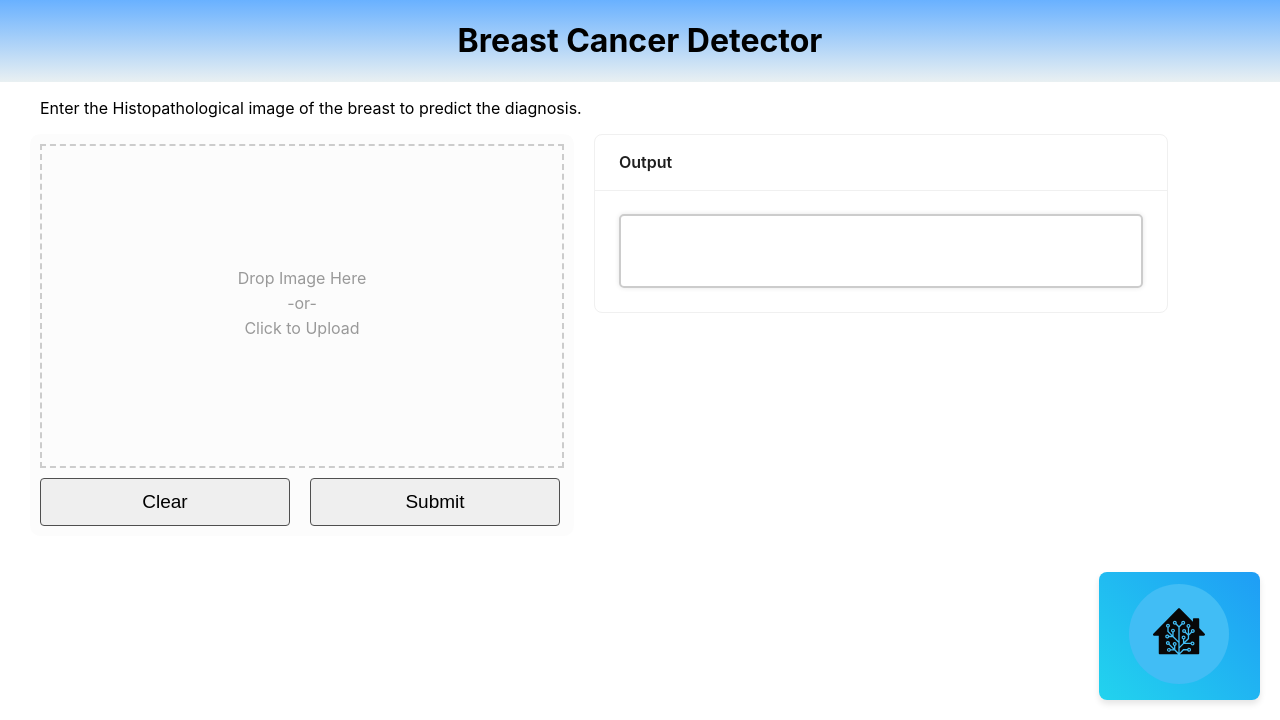
Repository: xshamrose/RAYi-AI
Page: /BreastCancerDetector-app (app in client/)
An editor plug-in stored every save of this project. The page is shown before and after the next save, followed by the edit.
The browser window is 1280 px wide. The pictures show the whole page.
The project was rebuilt for these pictures with package versions that can differ from the ones it lists, and the page was loaded fresh each time. Also part of the build but not shown: client/src/App.css, client/src/pages/Home.js, client/src/pages/home.css.

Above is the page before, as saved 2024-03-09 13:20:36.

### client/src/App.js
import "./App.css";
import React from "react";
import Candetect from "./pages/Candetect";
import Home from "./pages/Home";
import "./pages/home.css";
import { BrowserRouter as Router, Routes, Route } from "react-router-dom";

function App() {
  return (
    <div className="App">
      <Router>
        <Routes>
          <Route exact path="/" element={<Home />} />
          <Route path="/BreastCancerDetector-app" element={<Candetect />} />

          {/*  Future Use for Pipe Counting Detection
          <Route
            path="/Pipe"
            element={<Candetect title={headerTitle} content={content} />}
          /> */}
        </Routes>
      </Router>
    </div>
  );
}

export default App;

### client/src/pages/Candetect.js
import React, { useState } from "react";
import "../pages/Candetect.css";
import { Card } from "antd";
import deleteicon from "../assets/delete-.svg";
import ai from "../assets/ai_img.svg"
import axios from "axios";

function Candetect() {
  const [imageFile, setImageFile] = useState(null);
  const [errorMessage, setErrorMessage] = useState("");
  const [loading, setLoading] = useState(false);
  const [responseData, setResponseData] = useState("");

  const handleFileInputChange = (event) => {
    const file = event.target.files[0];
    if (file) {
      setImageFile(file);
    }
  };

  const handleClearImage = () => {
    setImageFile(null);
    //reset the file input
    const fileInput = document.getElementById("file-input");
    if (fileInput) {
      fileInput.value = "";
    }
    setErrorMessage("");
  };

  const handleDeleteImage = () => {
    setImageFile(null);
    //reset the file input
    const fileInput = document.getElementById("file-input");
    if (fileInput) {
      fileInput.value = "";
    }
  };

  const handleSubmit = () => {
    if (!imageFile) {
      setErrorMessage("Please upload an Image");
      console.log("Please upload an Image");
    } else {
      const formData = new FormData();
      formData.append("image", imageFile);
      setLoading(true);
      axios
        .post("http://ct.rayi.in:5002/predicttest", formData, {
          headers: {
            "Content-Type": "multipart/form-data",
          },
        })
        .then((response) => {
          setLoading(false);
          setResponseData(response.data);
          console.log(response.data);
        })
        .catch((error) => {
          if (error.response) {
            console.error("Error Response Data:", error.response.data);
            console.error("Error Response Status:", error.response.status);
          } else if (error.request) {
            console.error("No response received:", error.request);
          } else {
            console.error("Error:", error.message);
          }
          setErrorMessage("Failed to submit. Please try again.");
        });
    }
  };

  return (
    <div>
      <div
        style={{
          display: "flex",
          justifyContent: "center",
          alignContent: "center",
          flexWrap: "nowrap",
          alignItems: "center",
          backgroundImage: "linear-gradient(#69b1ff, #e9f0f2)",
          width: "100%",
        }}
      >
        <h1>Breast Cancer Detector</h1>
      </div>

      <p style={{ marginLeft: "40px" }}>
        Enter the Histopathological image of the breast to predict the
        diagnosis.
      </p>

      <div className="overallContainer">
        <div className="dragandbutton">
          <div className="image-upload-box">
            <input
              type="file"
              accept="image/*"
              id="file-input"
              className="file-input"
              onChange={handleFileInputChange}
            />
            {imageFile ? null : (
              <div>
                <label htmlFor="file-input" className="upload-label">
                  <span>Drop Image Here</span> <span>-or-</span>{" "}
                  <span>Click to Upload</span>{" "}
                </label>{" "}
                {errorMessage && (
                  <div className="error-message">{errorMessage}</div>
                )}{" "}
              </div>
            )}

            {imageFile && (
              <div className="image-preview">
                <img
                  src={URL.createObjectURL(imageFile)}
                  alt="Uploaded"
                  className="full-size-image"
                ></img>

                <div className="image-actions">
                  <img
                    src={deleteicon}
                    alt="Delete"
                    className="icon"
                    onClick={handleDeleteImage}
                  />
                </div>
              </div>
            )}
          </div>

          <div className="button-container">
            <button className="sbutton" onClick={handleClearImage}>
              Clear
            </button>
            <button className="sbutton" onClick={handleSubmit}>
              Submit
            </button>
          </div>
        </div>
        <div>
          <Card title="Output" hoverable>
            <div className="text-area">
              {loading ? (
                <div className="loader-all">
                  <div className="loader"></div>
                  <p>loading...</p>
                </div>
              ) : (
                responseData
              )}
            </div>
          </Card>
        </div>
      </div>
      <div className="ask-me-icon">
      <div class="tooltip-container">
  <span class="tooltip">Uiverse.io</span>
  <span class="text"><img alt="Ai" src={ai}  /></span>
</div>

    </div>
    </div>
  );
}

export default Candetect;

### client/src/pages/Candetect.css
/* Candetect.css */

.image-upload-box {
    position: relative;
    display: flex;
    flex-direction: column;
    align-items: center;
    justify-content: center;
    border: 2px dashed #ccc;
    padding: 10px;
    cursor: pointer;
    width: 500px; /* Adjust the width of the box as needed */
    height: 300px; /* Adjust the height of the box as needed */
  }

  .file-input {
    display: none;
  }

  .upload-label {
    display: flex;
    flex-direction: column;
    justify-content: center;
    align-items: center;
    color: #999;
    cursor: pointer;
  }

  .upload-label span {
    margin-bottom: 5px;
  }

  .image-preview {
    position: relative;
    width: 100%;
    height: 100%;
    overflow: hidden;
    object-fit: cover;
    display: flex;
    flex-direction: row;
    flex-wrap: nowrap;
    align-content: center;
    justify-content: center;
  }

.full-size-image{
  height: auto;
  width: 450px;
}

  .image-actions {
    padding: 5px;
  }


  .sbutton {
    display: inline-block;
    padding: 12px 24px;
    border: 1px solid #4f4f4f;
    border-radius: 4px;
    transition: all 0.2s ease-in;
    position: relative;
    overflow: hidden;
    font-size: 19px;
    cursor: pointer;
    color: black;
    z-index: 1;
    width: 250px;
  }

  .sbutton:before {
    content: "";
    position: absolute;
    left: 50%;
    transform: translateX(-50%) scaleY(1) scaleX(1.25);
    top: 100%;
    width: 140%;
    height: 180%;
    background-color: rgba(0, 0, 0, 0.05);
    border-radius: 50%;
    display: block;
    transition: all 0.5s 0.1s cubic-bezier(0.55, 0, 0.1, 1);
    z-index: -1;
  }

  .sbutton:after {
    content: "";
    position: absolute;
    left: 55%;
    transform: translateX(-50%) scaleY(1) scaleX(1.45);
    top: 180%;
    width: 160%;
    height: 190%;
    background-color: #000000;
    border-radius: 50%;
    display: block;
    transition: all 0.5s 0.1s cubic-bezier(0.55, 0, 0.1, 1);
    z-index: -1;
  }

  .sbutton:hover {
    color: #ffffff;
    border: 1px solid #101111;
  }

  .sbutton:hover:before {
    top: -35%;
    background-color: #101111;
    transform: translateX(-50%) scaleY(1.3) scaleX(0.8);
  }

  .sbutton:hover:after {
    top: -45%;
    background-color: #151616;
    transform: translateX(-50%) scaleY(1.3) scaleX(0.8);
  }
  .button-container{
    gap: 20px;
    display: flex;
    align-items: center;
  }

  .dragandbutton{
    display: flex;
    flex-direction: column;
    gap: 10px;
    background-color: #c1b9b90d;
    border-radius: 10px;
    padding: 10px;
  }

  .text-area {
    display: flex;
    width: 500px;
    height: 50px;
    padding: 10px;
    border: 2px solid #ccc;
    border-radius: 5px;
    font-size: 16px;
    outline: none;
    box-shadow: 0 0 5px rgba(0, 0, 0, 0.1);
  }

  .text-area:focus {
    border-color: #007bff;
  }
  .overallContainer{
    display: flex;
    flex-direction: row;
    gap: 20px;
    flex-wrap: wrap;
    margin-left: 30px;
  }
  .error-message{
    color: red;
    font-size: medium;
  }
  .icon {
    width: 25px;
    height: 25px;
    margin-left: 8px;
    border-radius: 50%;

  }
  .icon:hover{
    transform: scale(1.1);
    color: #000000;
  }

  .compass{
    height: 30px;
    width: 30px;
  }
  .loader {
    border: 4px solid rgba(0, 0, 0, 0.776);
    border-left-color: transparent;
    border-radius: 50%;
  }

  .loader {
    border: 4px solid rgba(0, 0, 0, 0.655);
    border-left-color: transparent;
    width: 25px;
    height: 25px;
  }

  .loader {
    border: 4px solid rgba(0, 0, 0, 0.705);
    border-left-color: transparent;
    width: 25px;
    height: 25px;
    animation: spin89345 1s linear infinite;
  }

  @keyframes spin89345 {
    0% {
      transform: rotate(0deg);
    }

    100% {
      transform: rotate(360deg);
    }
  }
  .loader-all{
    display: flex;
    flex-direction: row;
    gap: 10px;
    justify-content: flex-start;
    align-items: center;
  }
  .ask-me-icon {
    position: fixed;
    bottom: 20px;
    right: 20px;
    cursor: pointer;
     }
    .tooltip-container {
      --background: linear-gradient(45deg, #22d3ee, #1f9df5);
      position: relative;
      background: var(--background);
      cursor: pointer;
      transition: all 0.2s;
      font-size: 17px;
      padding: 0.7em 1.8em;
      border-radius: 8px;
      box-shadow: 0 4px 6px rgba(0, 0, 0, 0.1);
      color: #fff;
    }

    .tooltip {
      position: absolute;
      top: 100%;
      left: 50%;
      transform: translateX(-50%) scale(0.8);
      transform-origin: bottom;
      padding: 0.3em 0.6em;
      opacity: 0;
      pointer-events: none;
      transition: all 0.3s;
      background: var(--background);
      border-radius: 4px;
      box-shadow: 0 2px 4px rgba(0, 0, 0, 0.1);
    }

    .tooltip::before {
      position: absolute;
      content: "";
      height: 0.6em;
      width: 0.6em;
      bottom: -0.2em;
      left: 50%;
      transform: translate(-50%) rotate(45deg);
      background: var(--background);
    }

    .tooltip-container:hover .tooltip {
      top: -45px;
      opacity: 1;
      visibility: visible;
      pointer-events: auto;
      transform: translateX(-50%) scale(1);
    }
    .tooltip-container:hover {
      transform: scale(0.9);
    }

Loaded but not shown: client/public/index.html (common file); client/src/index.js (common file); client/src/index.css (common file); client/src/reportWebVitals.js (common file)

After the next save:
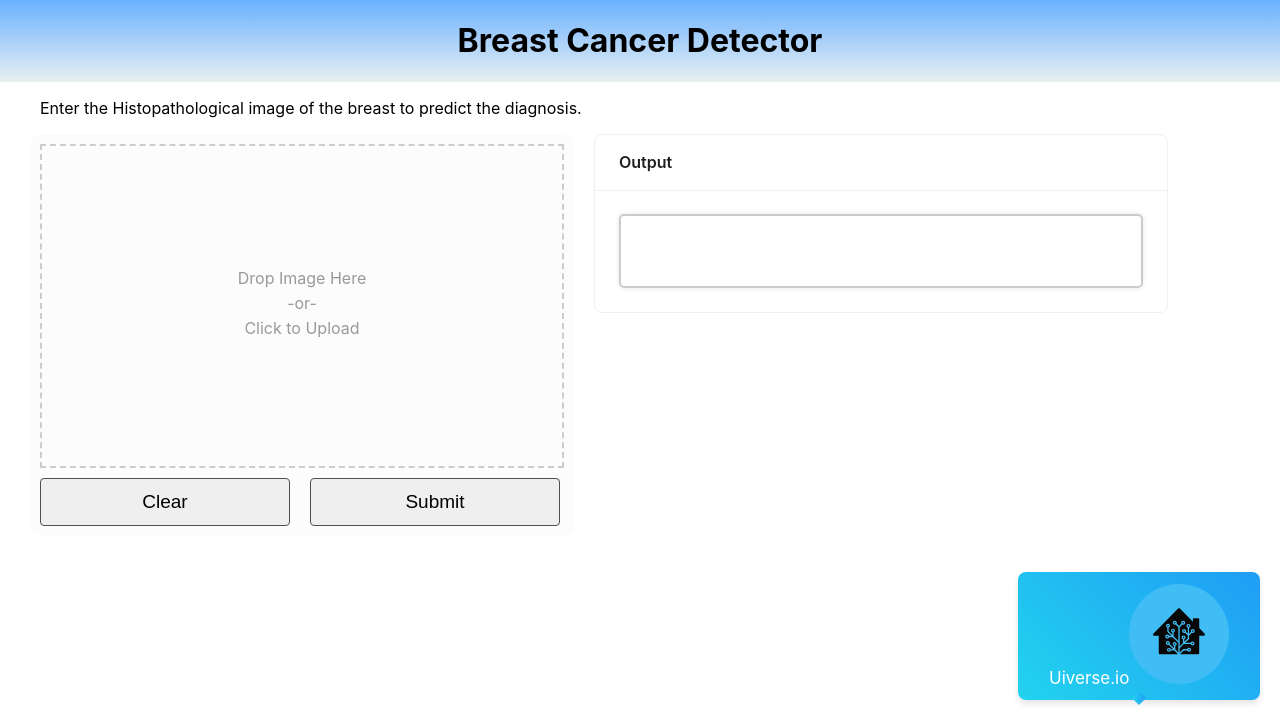
Saved 3 min 10 s later.
--- a/client/src/pages/Candetect.css
+++ b/client/src/pages/Candetect.css
@@ -227,20 +227,19 @@
       color: #fff;
     }
 
-    .tooltip {
-      position: absolute;
-      top: 100%;
-      left: 50%;
-      transform: translateX(-50%) scale(0.8);
-      transform-origin: bottom;
-      padding: 0.3em 0.6em;
-      opacity: 0;
-      pointer-events: none;
-      transition: all 0.3s;
+    .tooltip-container {
+      --background: linear-gradient(45deg, #22d3ee, #1f9df5); /* Default background */
+      position: relative;
       background: var(--background);
-      border-radius: 4px;
-      box-shadow: 0 2px 4px rgba(0, 0, 0, 0.1);
-    }
+      cursor: pointer;
+      transition: all 0.2s;
+      font-size: 17px;
+      padding: 0.7em 1.8em;
+      border-radius: 8px;
+      box-shadow: 0 4px 6px rgba(0, 0, 0, 0.1);
+      color: #fff;
+     }
+
 
     .tooltip::before {
       position: absolute;

After the 5 saves that followed:
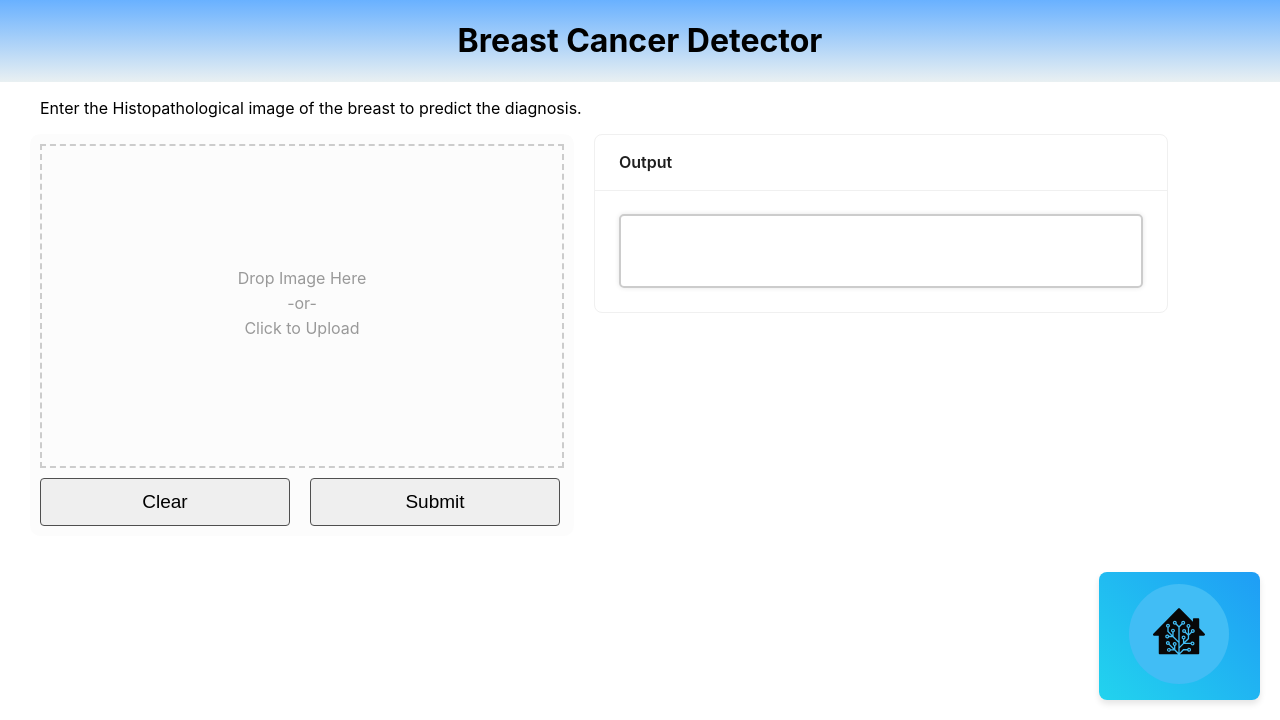
The 5 saves are shown as one change because 4 left the picture as it was.
The last was saved 86 s later.
--- a/client/src/pages/Candetect.css
+++ b/client/src/pages/Candetect.css
@@ -213,20 +213,7 @@
     bottom: 20px;
     right: 20px;
     cursor: pointer;
-     }
-    .tooltip-container {
-      --background: linear-gradient(45deg, #22d3ee, #1f9df5);
-      position: relative;
-      background: var(--background);
-      cursor: pointer;
-      transition: all 0.2s;
-      font-size: 17px;
-      padding: 0.7em 1.8em;
-      border-radius: 8px;
-      box-shadow: 0 4px 6px rgba(0, 0, 0, 0.1);
-      color: #fff;
-    }
-
+    z-index: 1000; }
     .tooltip-container {
       --background: linear-gradient(45deg, #22d3ee, #1f9df5); /* Default background */
       position: relative;
@@ -240,6 +227,20 @@
       color: #fff;
      }
 
+    .tooltip {
+      position: absolute;
+      top: 100%;
+      left: 50%;
+      transform: translateX(-50%) scale(0.8);
+      transform-origin: bottom;
+      padding: 0.3em 0.6em;
+      opacity: 0;
+      pointer-events: none;
+      transition: all 0.3s;
+      background: var(--background);
+      border-radius: 4px;
+      box-shadow: 0 2px 4px rgba(0, 0, 0, 0.1);
+    }
 
     .tooltip::before {
       position: absolute;
